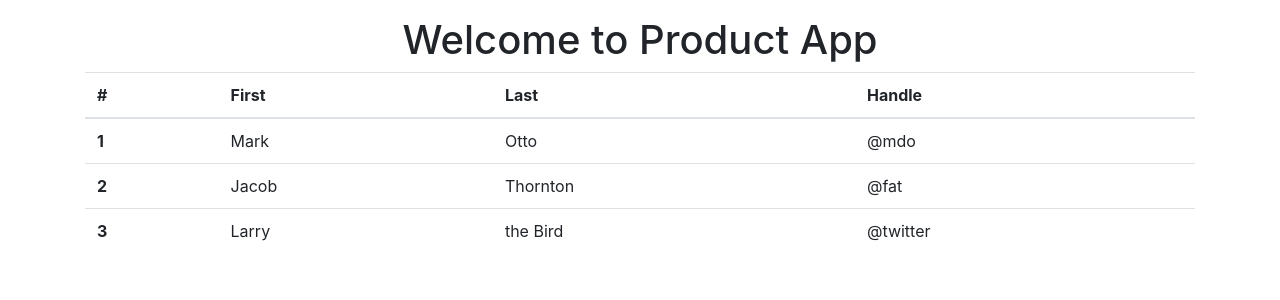
Repository: aayushtyagi0123/spring
Page: http://localhost/productcrudApp/WEB-INF/pages/index.jsp
The author's editor kept a copy of each file at every save. The page is drawn from the files as they stood at one save, then again after the next save.
The browser window is 1280 px wide. The pictures show the whole page.
Some web libraries are served in a nearby version. The page is served by Tomcat 9. Nobody is signed in. The template is opened directly, without the code that normally fills it, so the values that code supplies are empty.

Above is the page before, as saved 2023-05-03 17:54:49.

After the next save:
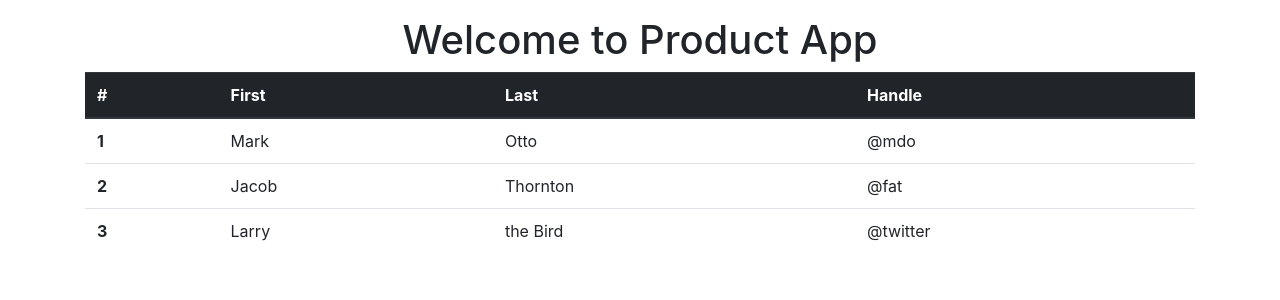
Saved 103 s later.
--- a/productcrudApp/src/main/webapp/WEB-INF/pages/index.jsp
+++ b/productcrudApp/src/main/webapp/WEB-INF/pages/index.jsp
@@ -9,7 +9,7 @@
 <div class="col-md-12">
 <h1 class="text-center">Welcome to Product App</h1>
 <table class="table">
-  <thead>
+  <thead class="thead-dark">
     <tr>
       <th scope="col">#</th>
       <th scope="col">First</th>
